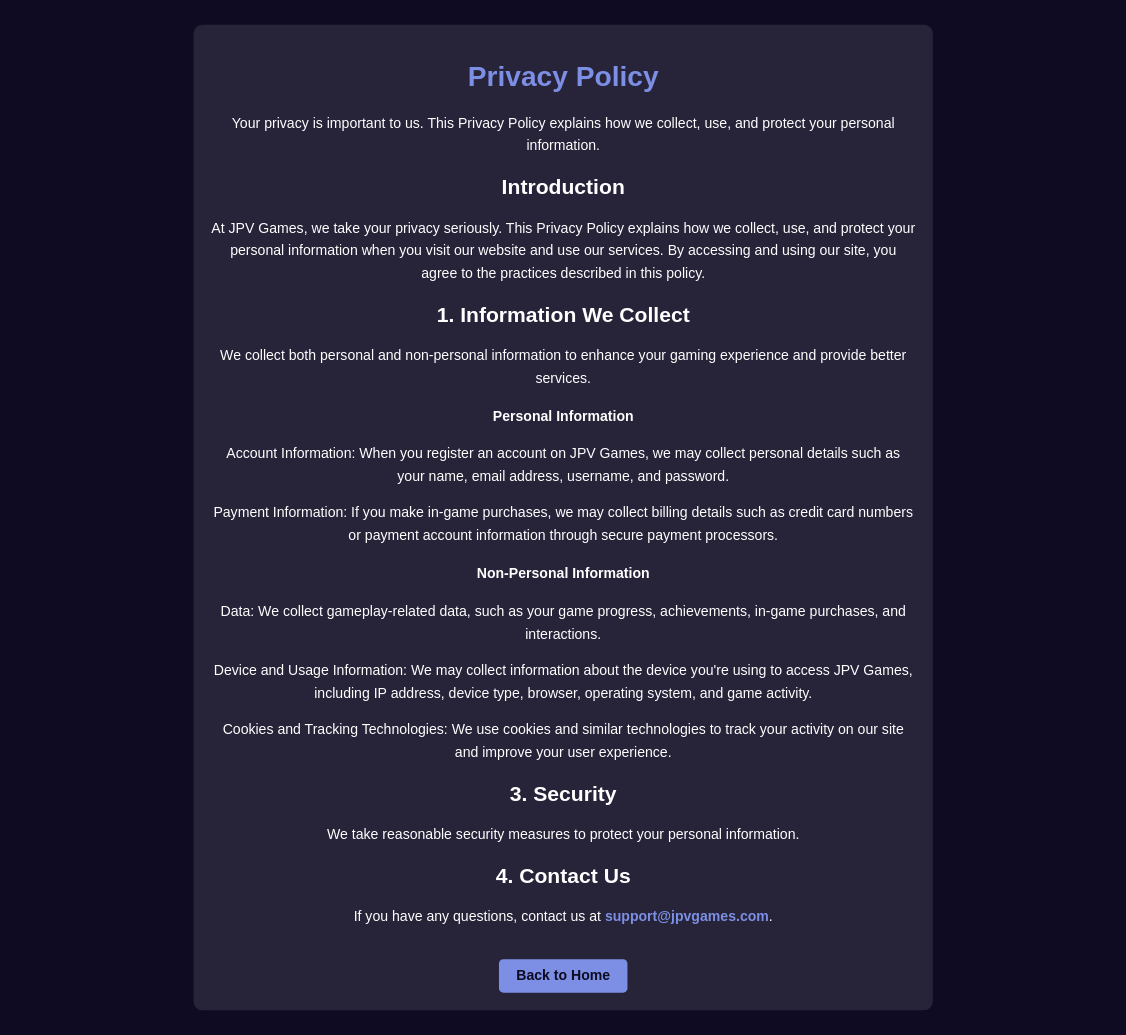
Repository: meenadabhii/jpygames.com
Page: http://localhost/privacy-policy.html
The author's editor kept a copy of each file at every save. The page is drawn from the files as they stood at one save, then again after the next save.
The browser window is 1280 px wide. The pictures show the whole page, at 88% of full size.
The page is served by the project's Node server (app.js).

Above is the page before, as saved 2025-02-08 10:44:05.

### nodejs/views/privacy-policy.html
<!DOCTYPE html>
<html lang="en">
<head>
    <meta charset="UTF-8">
    <meta name="viewport" content="width=device-width, initial-scale=1.0">
    <title>Privacy Policy</title>
    <style>
        body {
            background-color: #0e0b23; /* Dark background */
            color: #ffffff; /* White text */
            font-family: Arial, sans-serif;
            text-align: center;
            padding: 20px;
        }

        .container {
            max-width: 800px;
            margin: auto;
            background: rgba(255, 255, 255, 0.1);
            padding: 20px;
            border-radius: 10px;
        }

        h1 {
            color: #7c8fe4;;
        }

        p {
            line-height: 1.6;
        }

        a {
            color:#7c8fe4;;
            text-decoration: none;
            font-weight: bold;
        }

        a:hover {
            text-decoration: underline;
        }

        .button {
            display: inline-block;
            background: #7c8fe4;
            color: #0e0b23;
            padding: 10px 20px;
            border-radius: 5px;
            margin-top: 20px;
            text-decoration: none;
            font-weight: bold;
        }

        .button:hover {
            background: #4b69f0;
        }
    </style>
</head>
<body>
    <div class="container">
        <h1>Privacy Policy</h1>
        <p>Your privacy is important to us. This Privacy Policy explains how we collect, use, and protect your personal information.</p>

        <h2>Introduction</h2>
        <p>At JPV Games, we take your privacy seriously. This Privacy Policy explains how we collect, use, and protect your personal information when you visit our website and use our services. By accessing and using our site,
             you agree to the practices described in this policy.</p>

        <h2>1. Information We Collect</h2>
        <p>We collect both personal and non-personal information to enhance your gaming experience and provide better services.

        </p>
        <h4>Personal Information</h4>
        <p>Account Information: When you register an account on JPV Games, we may collect personal details such as your name, email address, username, and password.</p>
        <p>Payment Information: If you make in-game purchases, we may collect billing details such as credit card numbers or payment account information through secure payment processors.</p>

        <h4>Non-Personal Information</h4>
        <p> Data: We collect gameplay-related data, such as your game progress, achievements, in-game purchases, and interactions.</p>
<p>Device and Usage Information: We may collect information about the device you're using to access JPV Games, including IP address, device type, browser, operating system, and game activity.</p>
<p>Cookies and Tracking Technologies: We use cookies and similar technologies to track your activity on our site and improve your user experience.
</p>
        <h2>3. Security</h2>
        <p>We take reasonable security measures to protect your personal information.</p>

        <h2>4. Contact Us</h2>
        <p>If you have any questions, contact us at <a href="mailto:support@jpvgames.com">support@jpvgames.com</a>.</p>

        <a href="/" class="button">Back to Home</a>
    </div>
</body>
</html>

### nodejs/app.js

const express = require('express')
const app = express()
const port = 6600
const ejs = require('ejs')
const path = require('path')
const fs = require('fs')

app.use(express.static('public'))
app.set('views', path.join(__dirname,'/views'))
app.set('view engine', 'ejs')

const games = JSON.parse(fs.readFileSync('./game.json','utf-8'));

app.use(express.static(path.join(__dirname, 'public')));

app.get('/privacy-policy.html', (req, res) => {
    res.sendFile(path.join(__dirname, 'views', 'privacy-policy.html'));
});

app.get('/', (req, res) => {
    return res.render('home',{games});
})

app.get('/game/:name', (req, res) => {
    const find = games.filter(i => i.slug == req.params.name);
    const newdata = [...Array(8)].map(i => games[(Math.floor(Math.random() * games.length))]);

    if (!find.length) {
        return res.send('404')
    }
    return res.render('singel',{data:find[0], newdata});
})

app.get('/category/:name', (req, res) => {
    const find = games.filter(i => i.type == req.params.name);
    if (!find.length) {
        return res.send('404')
    }
    return res.render('category',{data:find});
})

app.get('/game/:name/play', (req, res) => {
    const find = games.filter(i => i.slug == req.params.name);
    if (!find.length) {
        return res.send('404')
    }
    return res.render('play',{data:find[0]});
})

app.listen(port, () => {
    console.log(`Example app listening on port ${port}`)
})

### nodejs/game.json
[
    {
        "slug":"up-hill-racing",
        "name":"Up Hill Racing",
        "img":"/image/uphillracing.png",
        "type":"sport",
        "url":"https://softgames.cdn.start.gg/9mw8rk6nb6kr/v2/index.html"
    },

    {
        "slug":"midnight-pool-classic",
        "name":"Midnight Pool Classic",
        "img":"/image/midnightpoolclassic.png",
        "type":"sport",
        "url":"https://poolrush.frvr.com/"
    },
    {
        "slug":"gameloft-sports-minigame",
        "name":"Gameloft Sports Minigame",
        "img":"/image/gameloftsportsminigame.png",
        "type":"action",
        "url":"https://cdn.ludigames.com/microsoft/start-gameloftSportsMinigameCollection/08-cdn/h5/gameloftSportsMinigameCollectionFree/play.html"
    },

    {
        "slug":"bike-racing",
        "name":"Bike Racing",
        "img":"/image/bikeracing.png",
        "type":"sport",
        "url":"https://softgames.cdn.start.gg/9pjmwr3lfc0d/v5/index.html"
    },
    {
        "slug":"solitaire-champions",
        "name":"Solitaire Champions",
        "img":"/image/solitairechampions.png",
        "type":"sport",
        "url":"https://hammerplay.cdn.start.gg/9nf29519b076/v1/index.html"
    },
    {
        "slug":"bubble-fall",
        "name":"Bubble Fall",
        "img":"/image/bubblefall.png",
        "type":"arcade",
        "url":"https://html5.suncs.io/bubble-fall/msg/"
    },

    {
        "slug":"idle-mining-empire",
        "name":"Idle Mining Empire",
        "img":"/image/idleminingempire.png",
        "type":"action",
        "url":"https://marketjs.cdn.start.gg/9n3wz0fzx1hr/v27/index.html"
    },
    {
        "slug":"harbor-operator",
        "name":"Harbor Operator",
        "img":"/image/harboroperator.png",
        "type":"action",
        "url":"https://marketjs.cdn.start.gg/9pbd0qpb8kwz/v5/index.html"
    },
    {
        "slug":"backgammon",
        "name":"Backgammon",
        "img":"/image/backgammon.png",
        "type":"arcade",
        "url":"https://marketjs.cdn.start.gg/9n7mfxkl7w06/v5/index.html"
    },
    {
        "slug":"hotel-manager",
        "name":"Hotel Manager",
        "img":"/image/hotelmanager.png",
        "type":"arcade",
        "url":"https://codethislab.cdn.start.gg/9mt20fq1f5zj/v1/index.html"
    },
    {
        "slug":"ultimate-tic-tac-toe",
        "name":"Ultimate Tic Tac Toe",
        "img":"/image/ultimatetictactoe.png",
        "type":"arcade",
        "url":"https://codethislab.cdn.start.gg/9p4z7gtl3mlh/v9/index.html"
    },
    {
        "slug":"island-of-treasures",
        "name":"Island of Treasures",
        "img":"/image/islandoftreasures.png",
        "type":"action",
        "url":"https://hammerplay.cdn.start.gg/9pk306zzrpr5/v6/index.html"
    },
    {
        "slug":"blackjack",
        "name":"Blackjack",
        "img":"/image/blackjack.png",
        "type":"sport",
        "url":"https://codethislab.cdn.start.gg/9mt4hk2d6rcn/v1/index.html"
    },
    {
        "slug":"roulette-royale",
        "name":"Roulette Royale",
        "img":"/image/rouletteroyale.png",
        "type":"sport",
        "url":"https://codethislab.cdn.start.gg/9pmdqv93xn3r/v1/index.html"
    },
    {
        "slug":"mk48",
        "name":"Mk48",
        "img":"/image/mk48.png",
        "type":"action",
        "url":"https://microsoft.mk48.io/"
    },
    {
        "slug":"parking-block",
        "name":"Parking Block",
        "img":"/image/parking-block.png",
        "type":"sport",
        "url":"https://codethislab.cdn.start.gg/9mwhlgqzrsf2/v1/index.html"
    },
    {
        "slug":"code-bananas",
        "name":"Code Bananas",
        "img":"/image/code-bananas.png",
        "type":"action",
        "url":"https://marketjs.cdn.start.gg/9nt6qmtc0mnc/v3/index.html"
    },
    {
        "slug":"stack-the-containers",
        "name":"Stack The Containers",
        "img":"/image/stack-the-containers.png",
        "type":"arcade",
        "url":"https://marketjs.cdn.start.gg/9pk2c9cd597r/v4/index.html"
    },
    {
        "slug":"secrets-of-charmland",
        "name":"Secrets of Charmland",
        "img":"/image/secrets-of-charmland.png",
        "type":"arcade",
        "url":"https://adventure.cleverappssg.com/publish/html5/msstart/"
    },
    {
        "slug":"stickman-brawl",
        "name":"Stickman Brawl",
        "img":"/image/stickman-brawl.png",
        "type":"arcade",
        "url":"https://marketjs.cdn.start.gg/9pmxzdnh0xcq/v9/index.html"
    },
    {
        "slug":"bricks-breaker-deluxe-crusher",
        "name":"Bricks Breaker Deluxe Crusher",
        "img":"/image/bricks-breaker-deluxe-crusher.png",
        "type":"arcade",
        "url":"https://playzool.com/games/bricksBreaker/"
    },
    {
        "slug":"planet-chaos",
        "name":"Planet Chaos",
        "img":"/image/planet-chaos.png",
        "type":"arcade",
        "url":"https://hammerplay.cdn.start.gg/9mtndqf7rjgg/v6/index.html"
    },

    {
        "slug":"jewel-academy",
        "name":"Jewel Academy",
        "img":"/image/jewel-academy.png",
        "type":"arcade",
        "url":"https://cdn.games.mobinozer.com/ext/msn/msn-jewel-academy/prod-msn/v7/"
    },
    {
        "slug":"tile-connect-master",
        "name":"Tile Connect Master",
        "img":"/image/tile-connect-master.png",
        "type":"arcade",
        "url":"https://tile-connect.sunfs.app/ms-games/"
    },
    {
        "slug":"4-pics-1-word",
        "name":"4 Pics 1 Word",
        "img":"/image/4-pics-1-word.png",
        "type":"arcade",
        "url":"https://start.4pics1word.app/"
    },
    {
        "slug":"candy-world-match3-mania",
        "name":"Candy World : match3 mania",
        "img":"/image/candy-world-match3-mania.png",
        "type":"arcade",
        "url":"https://playzool.com/games/candyWorldMM/"
    },
    {
        "slug":"spades",
        "name":"Spades",
        "img":"/image/spades.png",
        "type":"arcade",
        "url":"https://marketjs.cdn.start.gg/9n965bpl2zp1/v12/index.html"
    },
    {
        "slug":"candy-riddles-free-match-3-puzzle",
        "name":"Candy Riddles: Free Match 3 Puzzle",
        "img":"/image/candy-riddles-free-match-3-puzzle.png",
        "type":"arcade",
        "url":"https://riddles.labsystech.ru/publish/html5/msstart/"
    },

    {
        "slug":"cricket-frvr",
        "name":"Cricket FRVR",
        "img":"/image/cricket-frvr.png",
        "type":"sport",
        "url":"https://cricket.frvr.com/"
    },
    {
        "slug":"rally-champion",
        "name":"Rally Champion",
        "img":"/image/rally-champion.png",
        "type":"sport",
        "url":"https://marketjs.cdn.start.gg/9pmdcq52j3hj/v1/index.html"
    },

    {
        "slug":"hunter-hitman",
        "name":"Hunter Hitman",
        "img":"/image/hunter-hitman.png",
        "type":"action",
        "url":"https://marketjs.cdn.start.gg/9n8bq7npxbfw/v9/index.html"
    },

    {
        "slug":"bubbles",
        "name":"Bubbles",
        "img":"/image/bubbles.png",
        "type":"arcade",
        "url":"https://cdn.games.mobinozer.com/ext/msn/msn-bubbles/prod/v1/"
    },
    {
        "slug":"kite-play",
        "name":"Kite Play",
        "img":"/image/kite-play.png",
        "type":"action",
        "url":"https://cdn.ludigames.com/microsoft/start-kite/06-cdn/h5/kiteFree/play.html"
    },
    {
        "slug":"idle-hotel-empire",
        "name":"Idle Hotel Empire",
        "img":"/image/idle-hotel-empire.png",
        "type":"arcade",
        "url":"https://marketjs.cdn.start.gg/9n4rmz09hx1v/v7/index.html"
    },
    {
        "slug":"blockbuster-adventures-puzzle",
        "name":"BlockBuster: Adventures Puzzle",
        "img":"/image/blockbuster-adventures-puzzle.png",
        "type":"arcade",
        "url":"https://woodenblock.cleverappssg.com/publish/html5/msstart/"
    },
    {
        "slug":"ludo-classic-a-dice-game",
        "name":"Ludo classic : a dice game",
        "img":"/image/ludo-classic-a-dice-game.png",
        "type":"arcade",
        "url":"https://playzool.com/games/ludoClassicADG/"
    },
    {
        "slug":"basketball-all-stars",
        "name":"Basketball All Stars",
        "img":"/image/basketball-all-stars.png",
        "type":"sport",
        "url":"https://softgames.cdn.start.gg/9ndkp76s2h24/v10/index.html"
    },
    {
        "slug":"designville",
        "name":"Designville",
        "img":"/image/designville.png",
        "type":"arcade",
        "url":"https://ms-start.designville-merge.g.tapclap.com/"
    },
    {
        "slug":"darts-pro",
        "name":"Darts Pro",
        "img":"/image/darts-pro.png",
        "type":"sport",
        "url":"https://codethislab.cdn.start.gg/9n3n198l6zpj/v3/index.html"
    },
    {
        "slug":"pinball-basketball",
        "name":"Pinball Basketball",
        "img":"/image/pinball-basketball.png",
        "type":"sport",
        "url":"https://marketjs.cdn.start.gg/9n4wl4c46knl/v1/index.html"
    },
    {
        "slug":"midnight-pool-classic",
        "name":"Midnight Pool Classic",
        "img":"/image/midnight-pool-classic.png",
        "type":"sport",
        "url":"https://cdn.ludigames.com/microsoft/start-midnightPoolClassic/09-cdn/h5/midnightPoolClassicFree/"
    },
    {
        "slug":"dinosaurs-merge-master",
        "name":"Dinosaurs Merge Master",
        "img":"/image/dinosaurs-merge-master.png",
        "type":"action",
        "url":"https://dinosaurs-merge-master.sunfs.app/ms-games/"
    },
    {
        "slug":"drift-boss",
        "name":"Drift Boss",
        "img":"/image/drift-boss.png",
        "type":"action",
        "url":"https://marketjs.cdn.start.gg/9p4mrh7g580x/v10/index.html"
    },
    {
        "slug":"santa-parkour",
        "name":"Santa Parkour",
        "img":"/image/santa-parkour.png",
        "type":"arcade",
        "url":"https://marketjs.cdn.start.gg/9n7c9gz12jtz/v4/index.html"
    },
    {
        "slug":"rachel-holmes-find-differences",
        "name":"Rachel Holmes: find differences",
        "img":"/image/rachel-holmes-find-differences.png",
        "type":"arcade",
        "url":"https://differences.cleverappssg.com/publish/html5/msstart/"
    },
    {
        "slug":"liquid-puzzle-sort-the-colors",
        "name":"Liquid puzzle: sort the colors",
        "img":"/image/liquid-puzzle-sort-the-colors.png",
        "type":"arcade",
        "url":"https://playzool.com/games/liquidPuzzleSTC/"
    },
    {
        "slug":"puzzle-daily",
        "name":"Puzzle Daily",
        "img":"/image/puzzle-daily.png",
        "type":"arcade",
        "url":"https://puzzleplayz.us/g/tcap?domain=msngames.tribunecontentagency.com"
    },
    {
        "slug":"wood-block-puzzle",
        "name":"Wood Block Puzzle",
        "img":"/image/wood-block-puzzle.png",
        "type":"arcade",
        "url":"https://softgames.cdn.start.gg/9n81bzp5knxp/v10/index.html"
    },
    {
        "slug":"monopoly-sudoku",
        "name":"Monopoly Sudoku",
        "img":"/image/monopoly-sudoku.png",
        "type":"arcade",
        "url":"https://cdn.games.mobinozer.com/ext/monopoly_sudoku_microsoft/prod/3.1.3-0/"
    },
    {
        "slug":"solitaire-mahjong-juicy",
        "name":"Solitaire Mahjong Juicy",
        "img":"/image/solitaire-mahjong-juicy.png",
        "type":"arcade",
        "url":"https://softgames.cdn.start.gg/9pnq8c4vgsnr/v5/index.html"
    },
    {
        "slug":"merge-alphabet",
        "name":"Merge Alphabet",
        "img":"/image/merge-alphabet.png",
        "type":"arcade",
        "url":"https://marketjs.cdn.start.gg/9p46mtb82zkh/v19/index.html"
    },
    {
        "slug":"classic-nonogram",
        "name":"Classic Nonogram",
        "img":"/image/classic-nonogram.png",
        "type":"arcade",
        "url":"https://codethislab.cdn.start.gg/9np2059nr3db/v24/index.html"
    },
    {
        "slug":"ultimate-sudoku",
        "name":"Ultimate Sudoku",
        "img":"/image/ultimate-sudoku.png",
        "type":"arcade",
        "url":"https://codethislab.cdn.start.gg/9nkxp0kxmpdz/v1/index.html"
    },
    {
        "slug":"kubok-999",
        "name":"Kubok 999",
        "img":"/image/kubok-999.png",
        "type":"arcade",
        "url":"https://kubok.it/games/kubok-999/index-70.html"
    },
    {
        "slug":"lights",
        "name":"lights",
        "img":"/image/lights.png",
        "type":"arcade",
        "url":"https://codethislab.cdn.start.gg/9nkbwk7x5858/v1/index.html"
    },
    {
        "slug":"parking-panic",
        "name":"Parking panic",
        "img":"/image/parking-panic.png",
        "type":"arcade",
        "url":"https://playzool.com/games/parkingPanic/"
    }
]

After the next save:
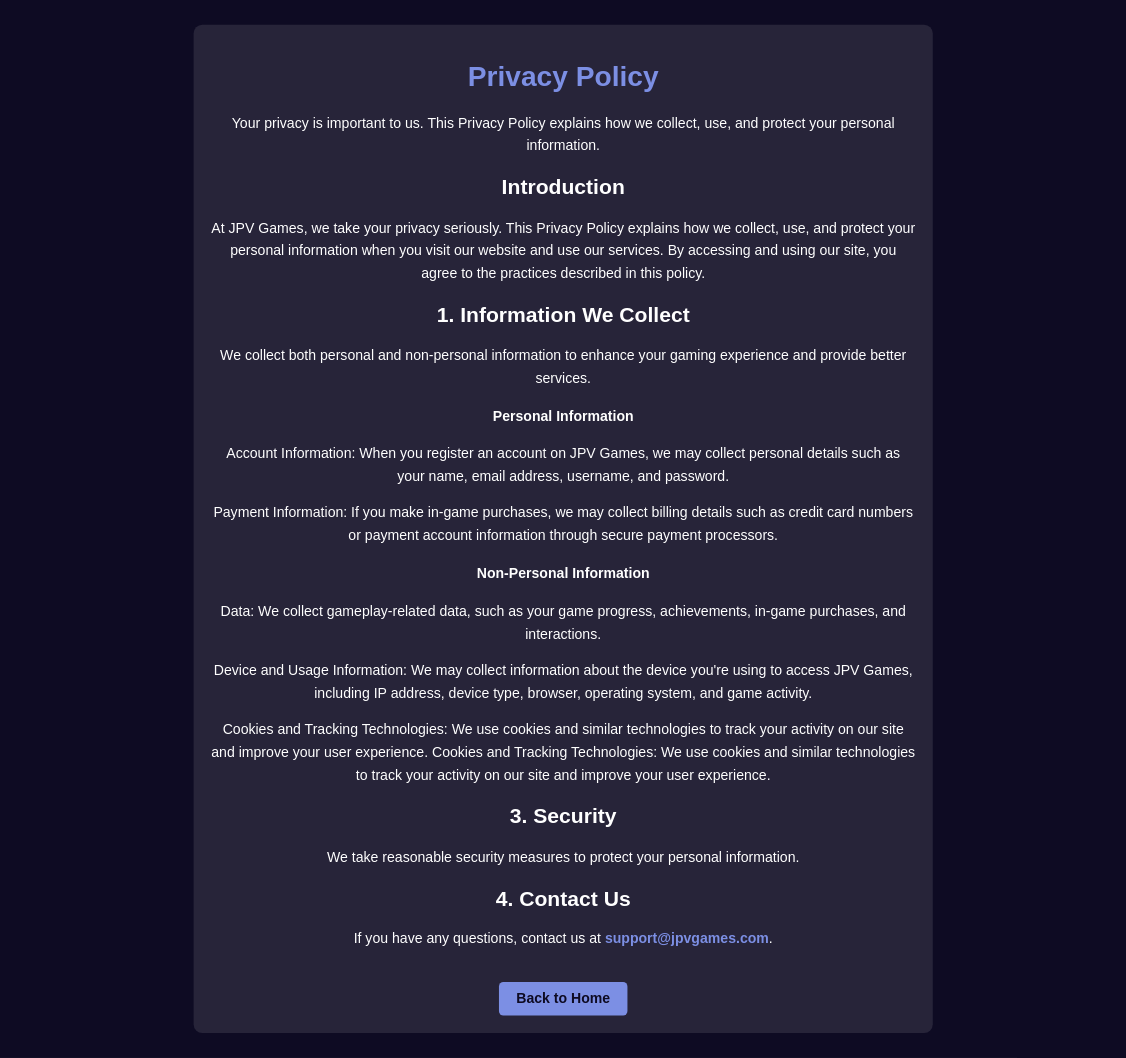
Saved 10 s later.
--- a/nodejs/views/privacy-policy.html
+++ b/nodejs/views/privacy-policy.html
@@ -76,6 +76,7 @@
         <p> Data: We collect gameplay-related data, such as your game progress, achievements, in-game purchases, and interactions.</p>
 <p>Device and Usage Information: We may collect information about the device you're using to access JPV Games, including IP address, device type, browser, operating system, and game activity.</p>
 <p>Cookies and Tracking Technologies: We use cookies and similar technologies to track your activity on our site and improve your user experience.
+    Cookies and Tracking Technologies: We use cookies and similar technologies to track your activity on our site and improve your user experience.
 </p>
         <h2>3. Security</h2>
         <p>We take reasonable security measures to protect your personal information.</p>

After the save that followed:
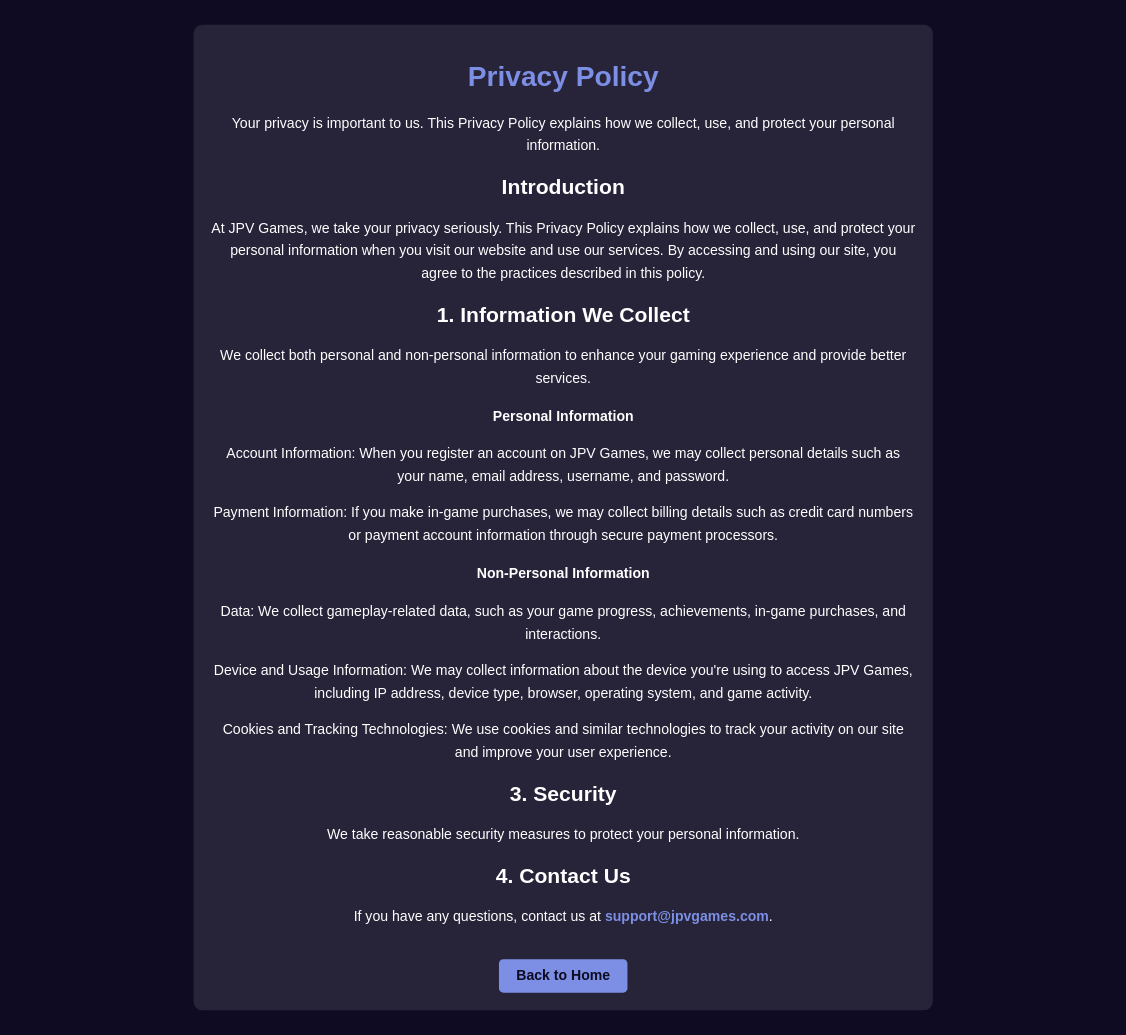
Saved 13 s later.
--- a/nodejs/views/privacy-policy.html
+++ b/nodejs/views/privacy-policy.html
@@ -76,7 +76,7 @@
         <p> Data: We collect gameplay-related data, such as your game progress, achievements, in-game purchases, and interactions.</p>
 <p>Device and Usage Information: We may collect information about the device you're using to access JPV Games, including IP address, device type, browser, operating system, and game activity.</p>
 <p>Cookies and Tracking Technologies: We use cookies and similar technologies to track your activity on our site and improve your user experience.
-    Cookies and Tracking Technologies: We use cookies and similar technologies to track your activity on our site and improve your user experience.
+
 </p>
         <h2>3. Security</h2>
         <p>We take reasonable security measures to protect your personal information.</p>
